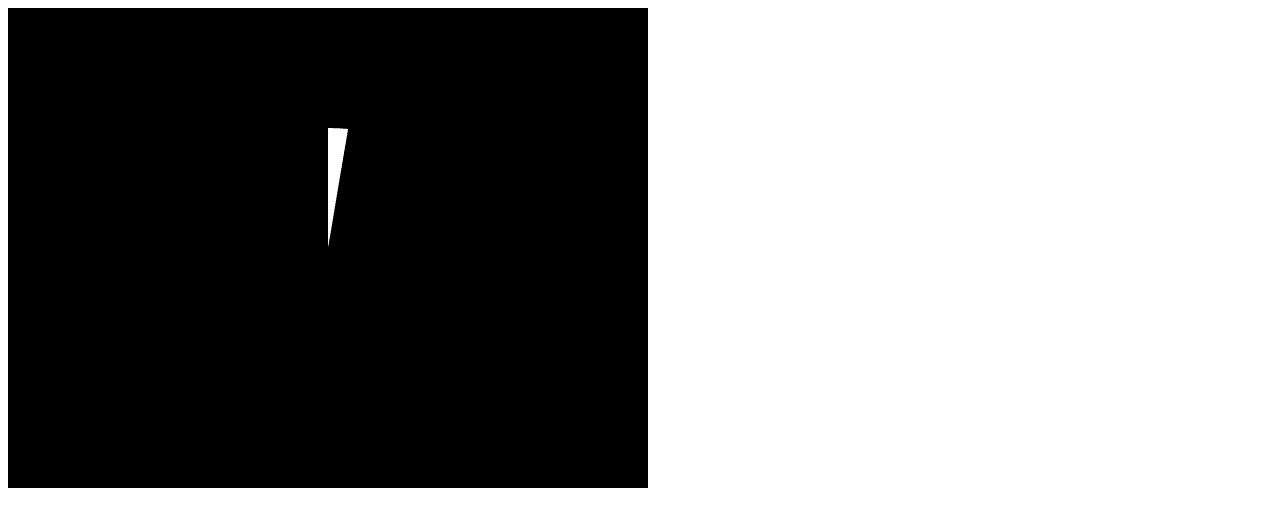
Repository: ChristeZeng/ComputerGraphics
Page: Lab2/Test.html
The author's editor kept a copy of each file at every save. The page is drawn from the files as they stood at one save, then again after the next save.
The browser window is 1280 px wide. The pictures show the whole page.

Above is the page before, as saved 2021-10-02 16:45:39.

### Lab2/Test.html
<!DOCTYPE html>
<html>
<head>
  <title>Test</title>
</head>
<body onload="main()">
  <canvas id="gl-canvas" width="640" height="480"></canvas>
  <script src="Test.js"></script>
</body>
</html>

### Lab2/Test.js
function main()
{
    //获取canvas元素
    var canvas = document.getElementById('gl-canvas');
    //获取webgl上下文
    var gl = canvas.getContext("webgl");
    if(!gl)
    {
        alert("WebGL is not supported");
        return;
    }

    const vsSource = `
        attribute vec4 position;
        void main()
        {
            gl_Position = position;
        }
    `;

    const fsSource = `
        void main()
        {
            gl_FragColor = vec4(1.0, 1.0, 1.0, 1.0);
        }
    `;

    //初始化着色器
    const shaderProgram = initShaderProgram(gl, vsSource, fsSource);

    var position = gl.getAttribLocation(shaderProgram, 'position');
    //设置顶点缓冲区
    const buffers = initBuffers(gl);
    //绘制图像
    drawBasic(gl, buffers, position, shaderProgram);

}


//初始化着色器
function initShaderProgram(gl, vsSource, fsSource)
{

    const vertexShader = loadShader(gl, gl.VERTEX_SHADER, vsSource);
    const fragmentShader = loadShader(gl, gl.FRAGMENT_SHADER, fsSource);

    //创建着色器程序
    const shaderProgram = gl.createProgram();
    gl.attachShader(shaderProgram, vertexShader);
    gl.attachShader(shaderProgram, fragmentShader);
    gl.linkProgram(shaderProgram);

    if(!gl.getProgramParameter(shaderProgram, gl.LINK_STATUS))
    {
        alert("Error");
        return null;
    }

    return shaderProgram;
}

function loadShader(gl, type, source)
{
    const shader = gl.createShader(type);

    gl.shaderSource(shader, source);
    gl.compileShader(shader);
    if(!gl.getShaderParameter(shader, gl.COMPILE_STATUS))
    {
        alert("Error: Compile");
        gl.deleteShader(shader);
        return null;
    }
    return shader;
}

function initBuffers(gl)
{
    var N = 100;
    var vertices = [0.0, 0.0];
    var r = 0.5;

    for (var i = 0; i <= N; i++)
    {
        var theta = i * 2 * Math.PI / N;
        var x = r * Math.sin(theta);
        var y = r * Math.cos(theta);
        vertices.push(x, y);
    }

    //创建缓冲区对象
    const positionBuffer = gl.createBuffer();
    //将缓冲区对象绑定到目标
    gl.bindBuffer(gl.ARRAY_BUFFER, positionBuffer);
    // 向缓冲区对象写入数据
    gl.bufferData(gl.ARRAY_BUFFER, new Float32Array(vertices), gl.STATIC_DRAW);
    return {
            position: positionBuffer,
            vertex: vertices
        };
}

function drawBasic(gl, buffers, position, shaderProgram)
{
    //将背景重置为黑色
    gl.clearColor(0.0, 0.0, 0.0, 1.0);
    //清除canvas
    gl.clear(gl.COLOR_BUFFER_BIT);


    gl.bindBuffer(gl.ARRAY_BUFFER, buffers.position);
    gl.vertexAttribPointer(position, 2, gl.FLOAT, false, 0, 0);
    gl.enableVertexAttribArray(position);
    gl.useProgram(shaderProgram);

    //利用TRIANGLE_STRIP参数三角拟合
    gl.drawArrays(gl.TRIANGLE_FAN, 0, 4);
}

After the next save:
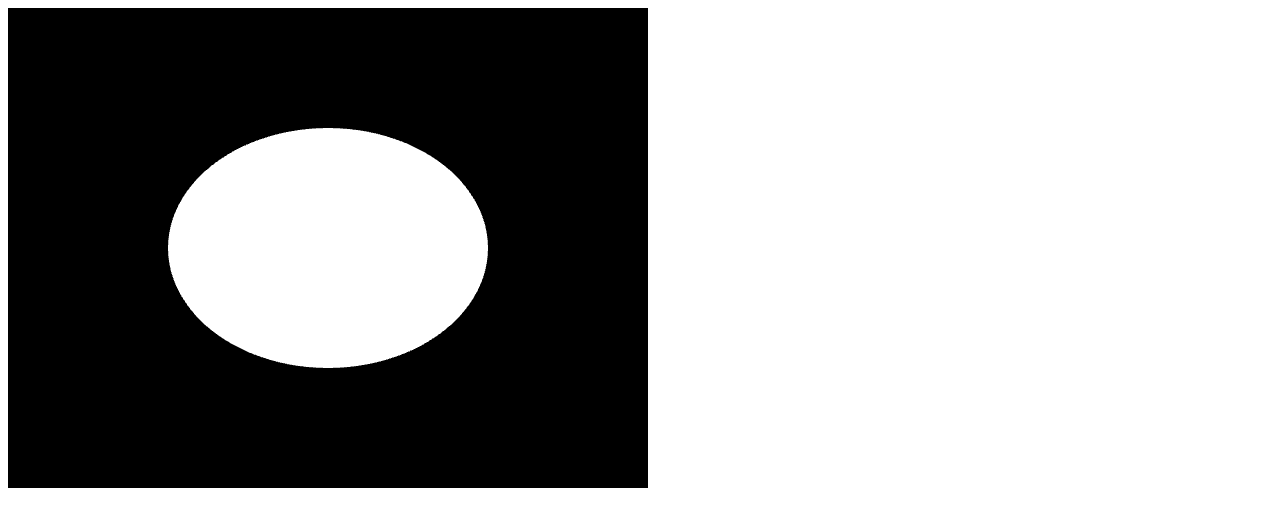
Saved 27 s later.
--- a/Lab2/Test.js
+++ b/Lab2/Test.js
@@ -114,5 +114,5 @@
     gl.useProgram(shaderProgram);
 
     //利用TRIANGLE_STRIP参数三角拟合
-    gl.drawArrays(gl.TRIANGLE_FAN, 0, 4);
+    gl.drawArrays(gl.TRIANGLE_FAN, 0, buffers.vertex.length / 2);
 }
